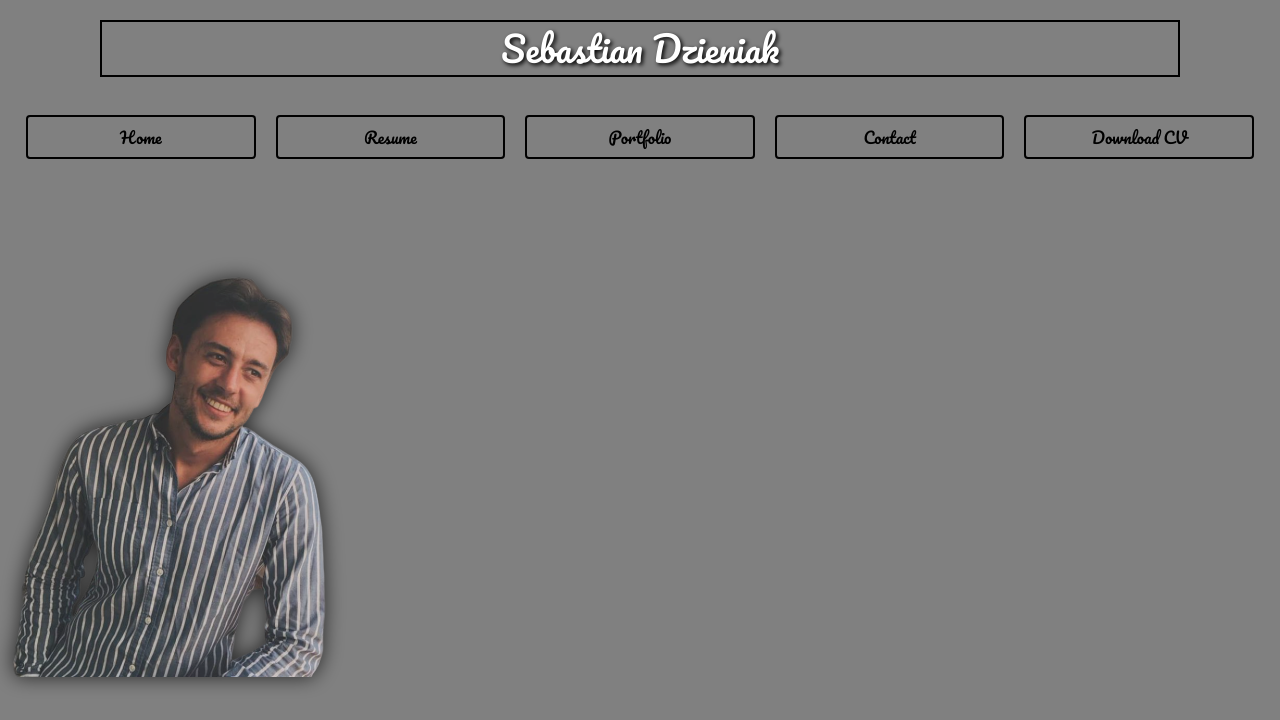
Repository: Code-Institute-Submissions/sebson1990-portfolio.sebastian
Page: index.html
The author's editor kept a record of every edit. The page is drawn from the files as they stood at one moment, then again after the next edit.
The browser window is 1280 px wide. The pictures show the whole page.

Above is the page before.

### index.html
<!DOCTYPE html>
<html lang="en">

<head>
    <meta charset="UTF-8">
    <meta name="viewport" content="width=device-width, initial-scale=1.0">
    <meta http-equiv="X-UA-Compatible" content="ie=edge">
    <title>Portfolio Sebastian Dzieniak</title>
    <link rel="stylesheet" href="https://stackpath.bootstrapcdn.com/bootstrap/4.3.1/css/bootstrap.min.css" type="text/css">
    <link rel="stylesheet" href="css/style.css" type="text/css" />
    <link href="https://fonts.googleapis.com/css?family=Pacifico&display=swap" rel="stylesheet">
</head>

<body>
    <header>

        <div class="logo">Sebastian Dzieniak</div>

        <ul class="nav nav-pills nav-justified navbar">
            <li class="nav-item nav-blocks menu-blocks">
                <a class="nav-link menu-item" href="#">Home</a>
            </li>
            <li class="nav-item nav-blocks menu-blocks">
                <a class="nav-link menu-item" href="#">Resume</a>
            </li>
            <li class="nav-item nav-blocks menu-blocks">
                <a class="nav-link menu-item" href="#">Portfolio</a>
            </li>
            <li class="nav-item nav-blocks menu-blocks">
                <a class="nav-link menu-item" href="#">Contact</a>
            </li>
            <li class="nav-item nav-blocks menu-blocks">
                <a class="nav-link menu-item" href="#">Download CV</a>
            </li>
        </ul>
    </header>
    <div>
        <img class="profilepic" src="assets/profile3.png" alt="profile picture">
    </div>

</body>

</html>

### css/style.css
/*----------------------------------------navbar*/

.logo {
    font-size: 35px;
    color: White;
    text-align: center;
    font-family: 'Pacifico', sans-serif;
    font-weight: 400;
    text-shadow: 2px 2px 4px #000000;
    margin-top: 20px;
    margin-bottom: 20px;
    margin-left: 100px;
    margin-right: 100px;
    padding-left: 300px;
    padding-right: 300px;
    border: 2px solid black;
}

.menu-blocks {
    margin: 10px;
}

.menu-item {
    color: black;
    font-family: 'Pacifico', sans-serif;
    font-weight: 400;
    color: #000000;
    border: 2px solid black;

}

.navbar {
    text-align: center;
}

/*-------------------------------------------body*/

body {
    background-color: grey;


}

.profilepic {
    opacity: 0.7;
    background-position: right 300px;
    background-repeat: no-repeat;
    filter: drop-shadow(0 0 10px #000);

}

After the next edit:
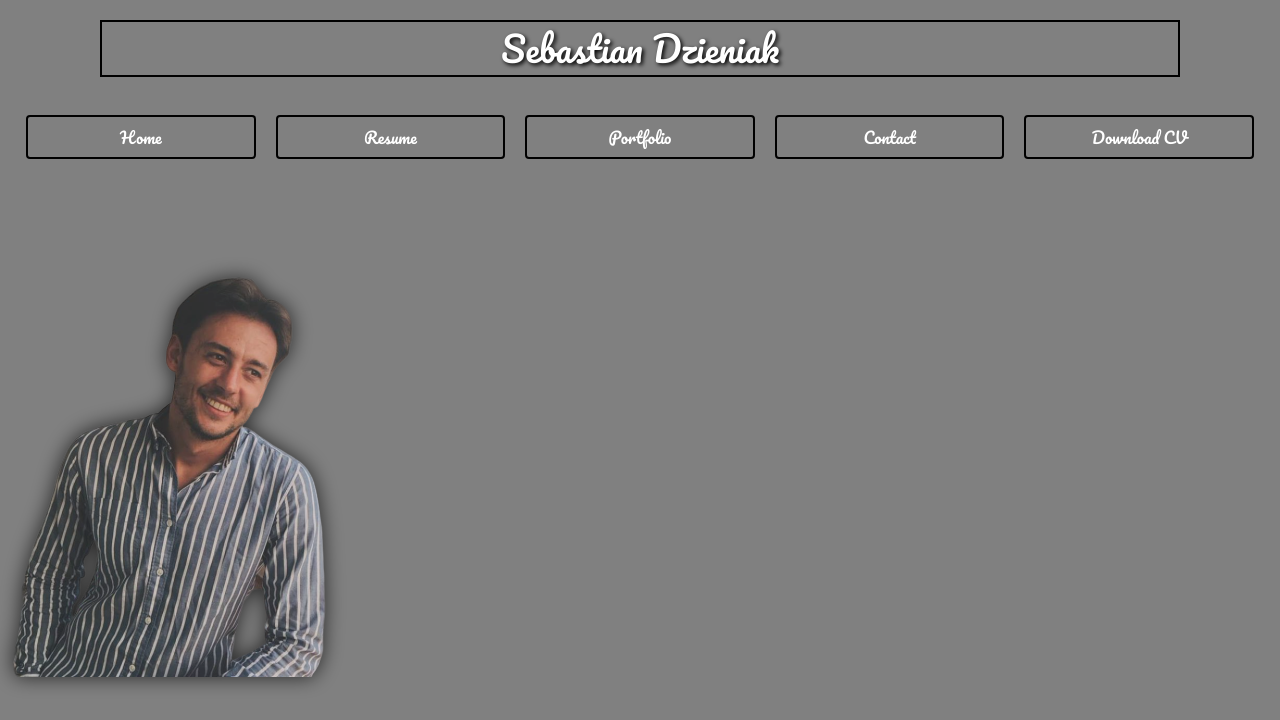
The edit:
--- a/css/style.css
+++ b/css/style.css
@@ -24,7 +24,7 @@
     color: black;
     font-family: 'Pacifico', sans-serif;
     font-weight: 400;
-    color: #000000;
+    color: white;
     border: 2px solid black;
 
 }
